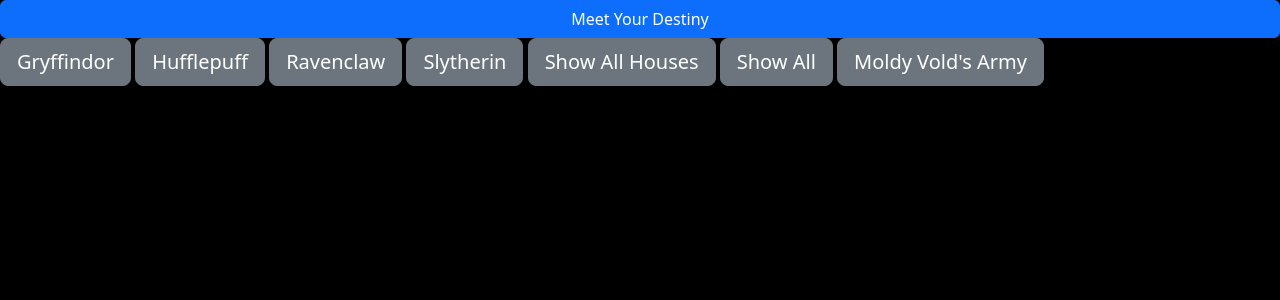
Repository: jgramirez0210/INDIVIDUAL-PROJECT-sorting-hat
Page: index.html
These files come from the project's save history. The page is drawn as it stood at one moment and after a run of saves; the edit follows.
The browser window is 1280 px wide. The pictures show the whole page.

Above is the page before, as saved 2023-10-31 21:26:56.
Console error: TypeError: Cannot set properties of null (setting 'value')

### index.html
<!DOCTYPE html>
<html lang="en">
<head>
  <meta charset="UTF-8">
  <meta name="viewport" content="width=device-width, initial-scale=1.0">
  <link href="https://cdn.jsdelivr.net/npm/bootstrap@5.3.2/dist/css/bootstrap.min.css" rel="stylesheet" integrity="sha384-T3c6CoIi6uLrA9TneNEoa7RxnatzjcDSCmG1MXxSR1GAsXEV/Dwwykc2MPK8M2HN" crossorigin="anonymous">
  <link rel="stylesheet" href="main.css">
  <title>Document</title>
</head>
<body>
  <div id="container"></div>
    <div id="introButton"></div>
    <div id="filterBtns"></div>
    <div id="formContainer"></div>
    <div id="cardsContainer"></div>




  <script src="main.js"></script>
  <script src="https://cdn.jsdelivr.net/npm/bootstrap@5.3.2/dist/js/bootstrap.bundle.min.js" integrity="sha384-C6RzsynM9kWDrMNeT87bh95OGNyZPhcTNXj1NW7RuBCsyN/o0jlpcV8Qyq46cDfL" crossorigin="anonymous"></script>
</body>
</html>

### main.js
// *********  DATA  ********* //
const houses = ['Gryffindor', 'Hufflepuff', 'Ravenclaw', 'Slytherin'];
const students = [];
const moldyVoldysArmy = [];
let isFormDisplayed = false;
// *********  UTILITY FUNCTIONS  ********* //\
const housesRandomizer = () => {
  return Math.floor(Math.random() * 4 );
};
const renderToDom = (divId, textToRender) => {
  const selectedElement = document.querySelector(divId);
  selectedElement.innerHTML += textToRender;
};
const createCard = (e) => {
  e.preventDefault();
    const newStudent = {
      id: students.length + 1,
      firstName: document.getElementById('first-name').value,
      lastName: document.getElementById('last-name').value,
      house: houses[housesRandomizer()]
    }
    students.push(newStudent);
    displayCard(students);
};
const displayCard = (array) => {
  let domstring = "";
  array.forEach((student) => {
    domstring += `<div class="student-card">
    <p>First Name: ${student.firstName}</p>
    <p>Last Name: ${student.lastName}</p>
    <p>House: ${student.house}</p>
    <button class="btn btn-danger expel-button" data-id="${student.id}">Expel</button>
  </div>`;
  })
  const selectedElement = document.querySelector('#cardsContainer');
  selectedElement.innerHTML = domstring
  document.querySelector('#first-name').value ='';
  document.querySelector('#last-name').value ='';
  expelStudent();
};
const filterByHouse = (house) => {
  return students.filter(student => student.house.toLowerCase() === house.toLowerCase())
};
const expel = (studentId) => {
  const studentIndex = students.findIndex(student => student.id === studentId);
  if (studentIndex !== -1) {
    const [expelStudent] = students.splice(studentIndex, 1);
    expelStudent.house = "Lord Moldy Voldy's Army";
    moldyVoldysArmy.push(expelStudent);
    displayCard(students);
    displayCard(moldyVoldysArmy);
  }
};
const expelStudent = () => {
  if (event.target.classList.contains('expel-button')) {
      const studentId = parseInt(event.target.getAttribute('data-id'), 10);
      expel(studentId);
  }
};
// *********  HTML COMPONENT FUNCTIONS  ********* //
const introToHatBtn = () => {
  const domString = `<div class="d-grid gap-2">
  <button id="introButton" class="btn btn-primary" type="button">Meet Your Destiny</button>
</div>`;
  renderToDom('#introButton', domString);
};
const intakeForm = () => {
  if (isFormDisplayed) return;
  const domstring = ` <form id="studentForm">
  <input class="form-control" id="first-name" type="text" placeholder="Students First Name" aria-label="default input example">
  <input class="form-control" id="last-name" type="text" placeholder="Students Last Name" aria-label="default input example">
  <button type="submit" class="btn btn-primary">Submit</button>
  </form>`;
  renderToDom('#container', domstring);
  document.querySelector('#studentForm').addEventListener('submit', createCard);
  isFormDisplayed = true;
};
const filterButtons = () => {
  const domString = `
    <button class="btn btn-secondary btn-lg buttonRow" id="gryffindor">Gryffindor</button>
    <button class="btn btn-secondary btn-lg buttonRow" id="hufflepuff">Hufflepuff</button>
    <button class="btn btn-secondary btn-lg buttonRow" id="ravenclaw">Ravenclaw</button>
    <button class="btn btn-secondary btn-lg buttonRow" id="slytherin">Slytherin</button>
    <button class="btn btn-secondary btn-lg buttonRow" id="showAllHouses">Show All Houses</button>
    <button class="btn btn-secondary btn-lg buttonRow" id="showAll">Show All</button>
    <button class="btn btn-secondary btn-lg buttonRow" id="moldy-voldys-army">Moldy Vold's Army</button>
  `;
    renderToDom('#filterBtns', domString);
};
// *********  EVENT LISTENERS  *********  //
const introButton = () => {
  document.querySelector('#introButton').addEventListener('click',intakeForm);
};
const houseButtonListeners = () => {
  document.getElementById('gryffindor').addEventListener('click',() => {
  const filteredHouse = filterByHouse('gryffindor');
  displayCard(filteredHouse);
})
document.getElementById('hufflepuff').addEventListener('click',() => {
  const filteredHouse = filterByHouse('hufflepuff');
  displayCard(filteredHouse);
})
document.getElementById('ravenclaw').addEventListener('click',() => {
  const filteredHouse = filterByHouse('ravenclaw');
  displayCard(filteredHouse);
})
document.getElementById('slytherin').addEventListener('click',() => {
  const filteredHouse = filterByHouse('slytherin');
  displayCard(filteredHouse);
})
document.getElementById('moldy-voldys-army').addEventListener('click', () => {
  displayCard(moldyVoldysArmy)
})
document.getElementById('showAllHouses').addEventListener('click',() => {
  displayCard(students);
})
document.getElementById('showAll').addEventListener('click', () => {
  const allStudents = students.concat(moldyVoldysArmy);
  displayCard(allStudents);
});
};
document.querySelector('#cardsContainer').addEventListener('click', expelStudent);
// *********  FUNCTION TO START APPLICATION  *********  //s
const startApp = () => {
  introToHatBtn();
  introButton();
  filterButtons();
  houseButtonListeners();
  displayCard(students);
  displayCard(moldyVoldysArmy);
};
startApp();

Loaded but not shown: main.css (common file)

After the next 2 saves:
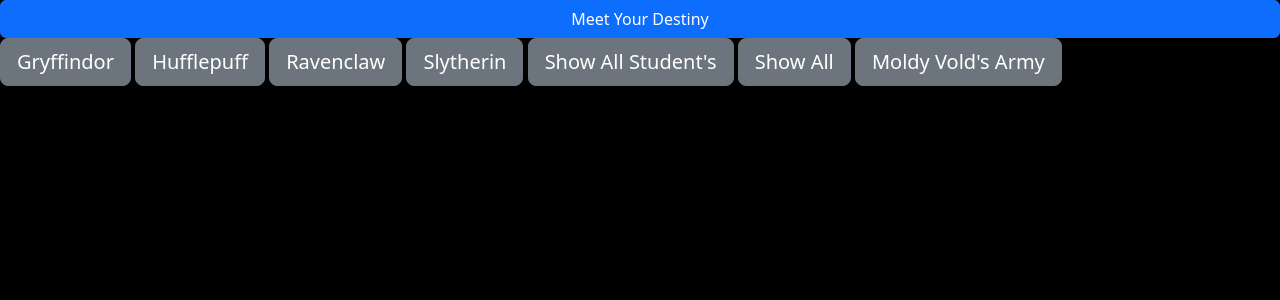
The 2 saves are shown as one change because they came seconds apart.
The last was saved 3 min 7 s later.
--- a/main.js
+++ b/main.js
@@ -81,7 +81,7 @@
     <button class="btn btn-secondary btn-lg buttonRow" id="hufflepuff">Hufflepuff</button>
     <button class="btn btn-secondary btn-lg buttonRow" id="ravenclaw">Ravenclaw</button>
     <button class="btn btn-secondary btn-lg buttonRow" id="slytherin">Slytherin</button>
-    <button class="btn btn-secondary btn-lg buttonRow" id="showAllHouses">Show All Houses</button>
+    <button class="btn btn-secondary btn-lg buttonRow" id="showAllHouses">Show All Student's</button>
     <button class="btn btn-secondary btn-lg buttonRow" id="showAll">Show All</button>
     <button class="btn btn-secondary btn-lg buttonRow" id="moldy-voldys-army">Moldy Vold's Army</button>
   `;
